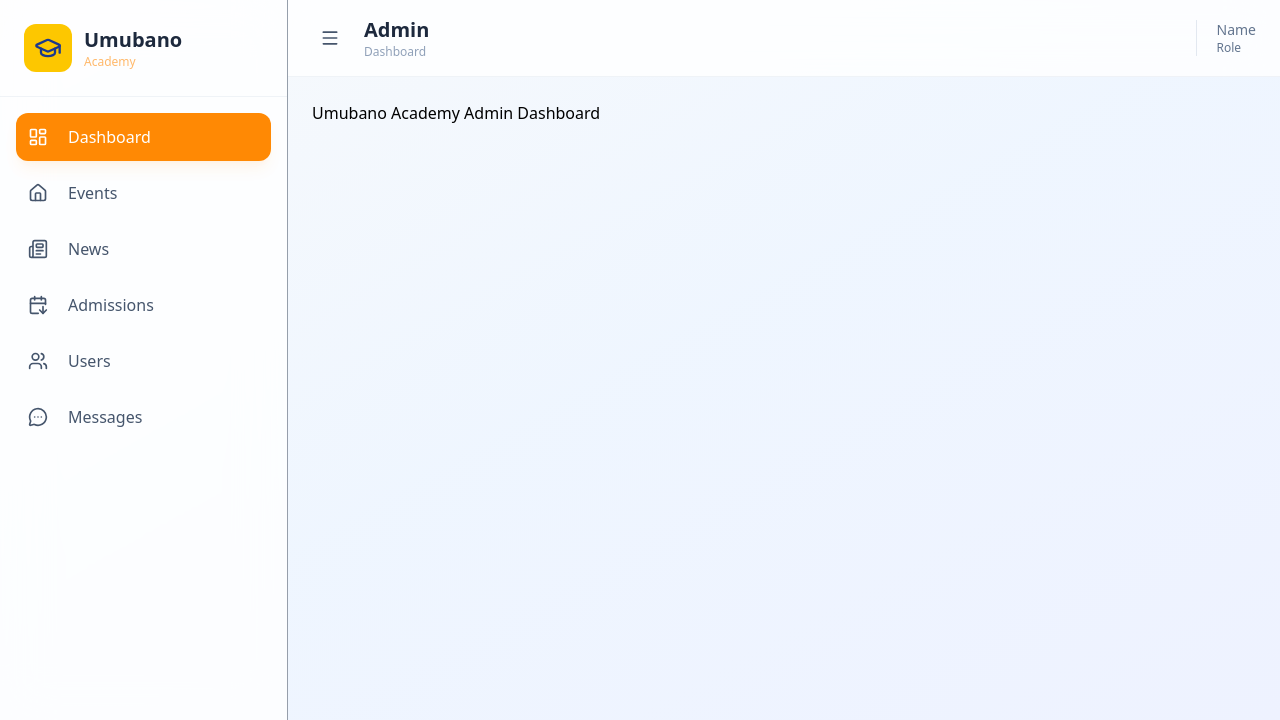
Repository: Umubano-Academy/umubano-academy-website
Page: /admin
The author's editor kept a copy of each file at every save. The page is drawn from the files as they stood at one save, then again after the next save.
The browser window is 1280 px wide. The pictures show the whole page.
The project was rebuilt for these pictures with package versions that can differ from the ones it lists, and the page was loaded fresh each time. Also part of the build but not shown: vite.config.js, src/components/guest/NavBar.jsx, src/components/guest/Hero.jsx, src/components/guest/Event.jsx, src/components/guest/News.jsx, src/components/guest/Footer.jsx, src/components/guest/Layout.jsx, src/components/guest/Contact.jsx and 9 more. Imported but missing from the stored project, and not drawn on this page: src/assets/addons/Primary-Enrolment-Handout-2025.pdf, src/assets/addons/Secondary-Enrolment-Handout-2025-2026.pdf.

Above is the page before, as saved 2026-01-20 09:44:51.

### index.html
<!doctype html>
<html lang="en">
  <head>
    <meta charset="UTF-8" />
    <!-- <link rel="icon" type="image/svg+xml" href="/vite.svg" /> -->
    <meta name="viewport" content="width=device-width, initial-scale=1.0" />
    <title>umubano-academy</title>
  </head>
  <body>
    <div id="root"></div>
    <script type="module" src="/src/main.jsx"></script>
  </body>
</html>

### src/App.jsx
import React from 'react'
import { BrowserRouter, Route, Routes } from 'react-router-dom'
import NavBar from './components/guest/NavBar'
import Hero from './components/guest/Hero'
import Event from './components/guest/Event'
import News from './components/guest/News'
import Layout from './components/guest/Layout'
import Home from './components/guest/Home'
import Admission from './components/guest/Admission'
import Academic from './components/guest/Academic'
import About from './components/guest/About'
import LayOut from './components/admin/LayOut'
import Dashboard from './components/admin/pages/Dashboard'
import Login from './components/guest/forms/Login'
import ResetPassword from './components/guest/forms/ResetPassword'
import Primary from './components/guest/primary'


function App() {
  return (
    <BrowserRouter>

    <Routes>
      <Route path='/' element={<Layout />}>
      <Route index element={<Home />} />
      <Route path='/admissions' element={<Admission />} />
      <Route path='/academic' element={<Academic />} />
      <Route path='/aboutus' element={<About />} />
      <Route path='/login' element={<Login />} />
      <Route path="/password-reset" element={<ResetPassword />} />
      <Route path='/primary' element={<Primary />} />
      </Route>

      <Route path='/admin' element={<LayOut />}>
      <Route index element={<Dashboard />} />
      </Route>
    </Routes>
    </BrowserRouter>

  )
}

export default App

### src/components/admin/LayOut.jsx
import React, { useEffect, useState } from 'react'
import SideBar from '../admin/sidebar/SideBar'
import Header from '../admin/Header/Header'
import { Outlet } from 'react-router-dom'

function LayOut() {

  const [sideBarCollapsed, setSideBarCollapsed] = useState(false);
  const [currentPage, setCurrentPage] = useState("dashboard");

  useEffect(() =>{
    const handlerResize = () =>{
      if(window.innerWidth <1024){
        setSideBarCollapsed(true);
      }else{
        setSideBarCollapsed(false);
      }
    };

    handlerResize();
    window.addEventListener("resize", handlerResize)
    return () => window.removeEventListener("resize", handlerResize);
  },  []);
  return (

    <div className=' min-h-screen bg-gradient-to-br from-slate-50 via-blue-50 to-indigo-50 dark:from-slate-900 dark:via-slate-800 dark:to-slate-900 transition-all duration-500 '>
       <div className=' flex h-screen overflow-hidden' >
      <SideBar
          collapsed={sideBarCollapsed}
          onToggle={() => setSideBarCollapsed(!sideBarCollapsed)}
          currentPage={currentPage}
          onPageChange={setCurrentPage}
        />

      <div className='flex-1 flex flex-col overflow-hidden'>
          <Header
            sideBarCollapsed={sideBarCollapsed}
            onToggleSidebar={() => setSideBarCollapsed(!sideBarCollapsed)}
          />
          <div className='flex-1 overflow-y-auto bg-transparent'>
            <div className='p-6 space-y-6'>
              <Outlet />
            </div>
          </div>
        </div>
    </div>
    </div>

  )
}

export default LayOut

### src/components/admin/pages/Dashboard.jsx
// import React from "react";
// import { stats, bookingGraphData } from "./dashboardData";
// import {
//   Users,
//   ShoppingBag,
//   BadgeDollarSign,
//   TrendingUp,
// } from "lucide-react";
// import {
//   LineChart,
//   Line,
//   XAxis,
//   YAxis,
//   CartesianGrid,
//   Tooltip,
//   ResponsiveContainer,
// } from "recharts";

// function Dashboard() {
//   return (
//     <div className="p-6 space-y-6">

//       <h1 className="text-2xl font-bold text-slate-800 dark:text-white">
//         Dashboard Overview
//       </h1>


//       <div className="grid grid-cols-1 md:grid-cols-3 gap-6">

//         {/* USERS CARD */}
//         <div className="p-6 bg-white/80 dark:bg-slate-900/80 rounded-2xl shadow-lg border border-slate-200/50 dark:border-slate-700/50">
//           <div className="flex items-center justify-between mb-3">
//             <Users className="w-8 h-8 text-orange-500" />
//             <span className="text-green-500 text-sm">{stats.users.growth}</span>
//           </div>
//           <h2 className="text-3xl font-bold dark:text-white">
//             {stats.users.thisYear}
//           </h2>
//           <p className="text-slate-500 dark:text-slate-300 text-sm mt-1">
//             Users This Year
//           </p>
//         </div>

//         {/* BOOKINGS CARD */}
//         <div className="p-6 bg-white/80 dark:bg-slate-900/80 rounded-2xl shadow-lg border border-slate-200/50 dark:border-slate-700/50">
//           <div className="flex items-center justify-between mb-3">
//             <ShoppingBag className="w-8 h-8 text-orange-500" />
//             <span className="text-green-500 text-sm">+12%</span>
//           </div>
//           <h2 className="text-3xl font-bold dark:text-white">
//             {stats.bookings.total}
//           </h2>
//           <p className="text-slate-500 dark:text-slate-300 text-sm mt-1">
//             Total Bookings
//           </p>
//         </div>

//         {/* REVENUE CARD */}
//         <div className="p-6 bg-white/80 dark:bg-slate-900/80 rounded-2xl shadow-lg border border-slate-200/50 dark:border-slate-700/50">
//           <div className="flex items-center justify-between mb-3">
//             <BadgeDollarSign className="w-8 h-8 text-orange-500" />
//             <span className="text-green-500 text-sm">{stats.revenue.growth}</span>
//           </div>
//           <h2 className="text-3xl font-bold dark:text-white">
//             {stats.revenue.thisMonth.toLocaleString()} RWF
//           </h2>
//           <p className="text-slate-500 dark:text-slate-300 text-sm mt-1">
//             Revenue This Month
//           </p>
//         </div>
//       </div>

//       {/* BOTTOM 3 SUMMARY CARDS */}
//       <div className="grid grid-cols-1 md:grid-cols-3 gap-6">

//         {/* USER BREAKDOWN */}
//         <div className="p-6 bg-white/80 dark:bg-slate-900/80 rounded-xl border border-slate-200/50 dark:border-slate-700/50">
//           <h3 className="font-semibold dark:text-white mb-3">User Summary</h3>
//           <ul className="space-y-1 text-sm text-slate-600 dark:text-slate-300">
//             <li>Today: {stats.users.today}</li>
//             <li>Yesterday: {stats.users.yesterday}</li>
//             <li>Last Week: {stats.users.lastWeek}</li>
//             <li>Last Year: {stats.users.lastYear}</li>
//           </ul>
//         </div>

//         {/* BOOKING BREAKDOWN */}
//         <div className="p-6 bg-white/80 dark:bg-slate-900/80 rounded-xl border border-slate-200/50 dark:border-slate-700/50">
//           <h3 className="font-semibold dark:text-white mb-3">Booking Summary</h3>
//           <ul className="space-y-1 text-sm text-slate-600 dark:text-slate-300">
//             <li>Today: {stats.bookings.today}</li>
//             <li>Pending: {stats.bookings.pending}</li>
//             <li>Completed: {stats.bookings.completed}</li>
//             <li>Cancelled: {stats.bookings.cancelled}</li>
//           </ul>
//         </div>

//         {/* REVENUE BREAKDOWN */}
//         <div className="p-6 bg-white/80 dark:bg-slate-900/80 rounded-xl border border-slate-200/50 dark:border-slate-700/50">
//           <h3 className="font-semibold dark:text-white mb-3">Revenue Summary</h3>
//           <ul className="space-y-1 text-sm text-slate-600 dark:text-slate-300">
//             <li>Total Revenue: {stats.revenue.total.toLocaleString()} RWF</li>
//             <li>This Month: {stats.revenue.thisMonth.toLocaleString()} RWF</li>
//             <li>Pending: {stats.revenue.pending.toLocaleString()} RWF</li>
//             <li>Last Month: {stats.revenue.lastMonth.toLocaleString()} RWF</li>
//           </ul>
//         </div>
//       </div>

//       {/* BOOKINGS CHART */}
//       <div className="p-6 bg-white/80 dark:bg-slate-900/80 border border-slate-200/50 dark:border-slate-700/50 rounded-xl shadow-md">
//         <h2 className="text-lg font-bold mb-4 dark:text-white">
//           Bookings This Week
//         </h2>

//         <ResponsiveContainer width="100%" height={300}>
//           <LineChart data={bookingGraphData}>
//             <CartesianGrid strokeDasharray="3 3" />
//             <XAxis dataKey="day" />
//             <YAxis />
//             <Tooltip />
//             <Line
//               type="monotone"
//               dataKey="bookings"
//               stroke="#f97316"
//               strokeWidth={3}
//             />
//           </LineChart>
//         </ResponsiveContainer>
//       </div>
//     </div>
//   );
// }

// export default Dashboard;




import React from 'react'

function Dashboard() {
  return (
    <div>
      Umubano Academy Admin Dashboard
    </div>
  )
}

export default Dashboard

### src/components/admin/sidebar/SideBar.jsx
import React, { useState } from "react";
import menuData from "./data/menuData";
import { Link } from "react-router-dom";
import { GraduationCap } from "lucide-react";

function SideBar({ collapsed, onToggle, currentPage, onPageChange }) {
  const [expandedItems, setExpandedItems] = useState(new Set(["dashboard"]));

  const toggleExpand = (itemId) => {
    const updated = new Set(expandedItems);
    updated.has(itemId) ? updated.delete(itemId) : updated.add(itemId);
    setExpandedItems(updated);
  };

  return (
    <div
      className={`${
        collapsed ? "w-20" : "w-72"
      } transition-all duration-300 ease-in-out bg-white/80 dark:bg-slate-900/80 backdrop-blur-xl border-r border-slate-700/50 flex flex-col relative z-10`}
    >
      {/* Header Logo */}
      <div className="p-6 border-b border-slate-200/50 dark:border-slate-700/50">
        <div className="flex items-center space-x-3">
          <div className="w-12 h-12 bg-yellow-400 text-blue-900 flex items-center justify-center rounded-xl">
            <GraduationCap size={28} />
          </div>

          {!collapsed && (
            <div>
              <h1 className="text-xl font-bold text-slate-800 dark:text-white">
                Umubano
              </h1>
              <p className="text-xs text-orange-300 dark:text-orange-400">
                Academy
              </p>
            </div>
          )}
        </div>
      </div>

      {/* Navigation Menu */}
      <nav className="flex-1 space-y-2 p-4 overflow-y-auto">
        {menuData.map((item) => (
          <div key={item.id}>
            {/* Main Menu Item */}
            <Link
              to={item.path}
              className={`w-full flex items-center justify-between p-3 rounded-xl cursor-pointer transition-all duration-200 ${
                currentPage === item.id
                  ? "bg-orange-400 text-white shadow-lg shadow-orange-200/25"
                  : "text-slate-600 dark:text-slate-300 hover:bg-slate-200 dark:hover:bg-slate-800/50"
              }`}
              onClick={() => {
                if (item.submenu) {
                  toggleExpand(item.id);
                } else {
                  onPageChange(item.id);
                }
              }}
            >
              <div className="flex items-center space-x-3">
                <item.icon className="w-5 h-5" />

                {!collapsed && (
                  <>
                    <span className="font-medium ml-2">{item.label}</span>
                    {item.count && (
                      <span className="px-2 py-1 rounded-full text-center text-xs text-slate-600 dark:text-slate-300">
                        {item.count}
                      </span>
                    )}
                  </>
                )}
              </div>

              {/* Submenu Arrow */}
              {!collapsed && item.submenu && (
                <span
                  className={`transition-transform ${
                    expandedItems.has(item.id) ? "rotate-90" : ""
                  }`}
                >
                  ▶
                </span>
              )}
            </Link>

            {/* Submenu */}
            {item.submenu && expandedItems.has(item.id) && !collapsed && (
              <div className="ml-10 mt-1 space-y-1 transition-all duration-300">
                {item.submenu.map((sub) => (
                  <Link
                    key={sub.id}
                    to={sub.path}
                    onClick={() => onPageChange(sub.id)}
                    className={`block p-2 rounded-lg text-sm ${
                      currentPage === sub.id
                        ? "bg-orange-300 text-white"
                        : "text-slate-500 dark:text-slate-400 hover:bg-slate-200 dark:hover:bg-slate-800/50"
                    }`}
                  >
                    {sub.label}
                  </Link>
                ))}
              </div>
            )}
          </div>
        ))}
      </nav>
    </div>
  );
}

export default SideBar;

### src/components/admin/Header/Header.jsx
import React, { useState, useEffect, useRef, useContext } from "react";
import { Menu, Sun, Bell, LogOut, User, Cog } from "lucide-react";

function Header({ sideBarCollapsed, onToggleSidebar }) {
  const [openDropdown, setOpenDropdown] = useState(null);
  const dropdownRef = useRef();
  const [userInfo, setUserInfo] = useState(null);
  const [currentUser,, setCurrentUser] = useState(null);
  const fetchCurrentUser = async () => {};

  useEffect(() => {
    if (!userInfo) fetchCurrentUser();
  }, []);

  // Close dropdown when clicking outside
  useEffect(() => {
    function handleClickOutside(e) {
      if (dropdownRef.current && !dropdownRef.current.contains(e.target)) {
        setOpenDropdown(null);
      }
    }
    document.addEventListener("mousedown", handleClickOutside);
    return () => document.removeEventListener("mousedown", handleClickOutside);
  }, []);

  return (
    <div className="bg-white/80 dark:bg-slate-900/80 backdrop-blur-xl border-b border-slate-200/50 dark:border-slate-700/50 px-6 py-4 relative z-40">
      <div className="flex items-center justify-between">
        {/* Left Section */}
        <div className="flex items-center space-x-4">
          <button
            className="p-2 rounded-lg text-slate-600 dark:text-slate-300 hover:bg-slate-200 dark:hover:bg-slate-700 transition-colors"
            onClick={onToggleSidebar}
          >
            <Menu className="w-5 h-5" />
          </button>
          <div className="hidden md:block">
            <p className="text-xl font-black text-slate-800 dark:text-white">
              Admin
            </p>
            <p className="text-xs font-medium text-slate-400 dark:text-slate-400">
              Dashboard
            </p>
          </div>
        </div>

        {/* Right Section */}
        <div className="flex items-center space-x-3" ref={dropdownRef}>
          {/* <button className="p-2.5 rounded-xl text-slate-600 dark:text-slate-300 hover:bg-slate-100 dark:hover:bg-slate-800 transition-colors">
            <Sun className="w-5 h-5" />
          </button> */}

          {/* User Menu */}
          <div className="relative">
            <button
              onClick={() =>
                setOpenDropdown(openDropdown === "user" ? null : "user")
              }
              className="flex items-center pl-3 border-l border-slate-200 dark:border-slate-700"
            >
              {/* Small screen: show only user icon */}
              <User className="w-5 h-5 text-slate-600 dark:text-slate-300 md:hidden" />

              {/* Medium+ screen: show name + role */}
              <div className="hidden md:flex flex-col ml-2 text-left">
                <p className="text-sm font-medium text-slate-500 dark:text-slate-400">
                  {userInfo?.first_name || "Name"}
                </p>
                <p className="text-xs text-slate-500 dark:text-slate-400">
                  {userInfo?.roles || "Role"}
                </p>
              </div>
            </button>

            {openDropdown === "user" && (
              <div className="absolute right-0 mt-2 w-48 bg-white dark:text-slate-300 dark:bg-slate-800 shadow-xl rounded-xl overflow-hidden z-[300]">
                <button
                  onClick={() => handleNavigate("/marchant/myprofile")}
                  className="flex items-center space-x-2 w-full px-4 py-2 hover:bg-slate-100 dark:hover:bg-slate-700"
                >
                  <User className="w-4 h-4" /> <span>Profile</span>
                </button>
                <button
                  onClick={() => handleNavigate("/marchant/update-profile")}
                  className="flex items-center space-x-2 w-full px-4 py-2 hover:bg-slate-100 dark:hover:bg-slate-700"
                >
                  <Cog className="w-4 h-4" /> <span>Settings</span>
                </button>
                <button
                  // onClick={() => {
                  //   logout();
                  //   setOpenDropdown(null);
                  //   navigate("/login", { replace: true });
                  // }}
                  className="flex items-center space-x-2 w-full px-4 py-2 text-red-600 hover:bg-red-100 dark:hover:bg-red-800/30"
                >
                  <LogOut className="w-4 h-4" /> <span>Logout</span>
                </button>
              </div>
            )}
          </div>
        </div>
      </div>
    </div>
  )
}

export default Header

### src/components/admin/sidebar/data/menuData.js
import {
  House,

  Users,
  CalendarArrowDown,
  LayoutDashboard,
  MessageCircleMore,
  Newspaper,
} from "lucide-react";

const menuData = [
  {
    id: "dashboard",
    title: "dashboard",
    label: "Dashboard",
    path: "/admin",
    icon: LayoutDashboard,
  },
  {
    id: "events",
    title: "eventss",
    label: "Events",
    path: "/admin/eventss",
    icon: House,
  },
  {
    id: "news",
    title: "news",
    label: "News",
    path: "/admin/news",
    icon: Newspaper,
  },
  {
    id: "admission",
    title: "admission",
    label: "Admissions",
    path: "/admin/admission",
    icon: CalendarArrowDown,
  },

  {
    id: "users",
    title: "users",
    label: "Users",
    path: "/admin/users",
    icon: Users,
  },
  {
    id: "messages",
    title: "messagess",
    label: "Messages",
    path: "/admin/messages",
    icon: MessageCircleMore,
  },
];


export default menuData;

Loaded but not shown: src/main.jsx (common file); src/index.css (common file)

After the next save:
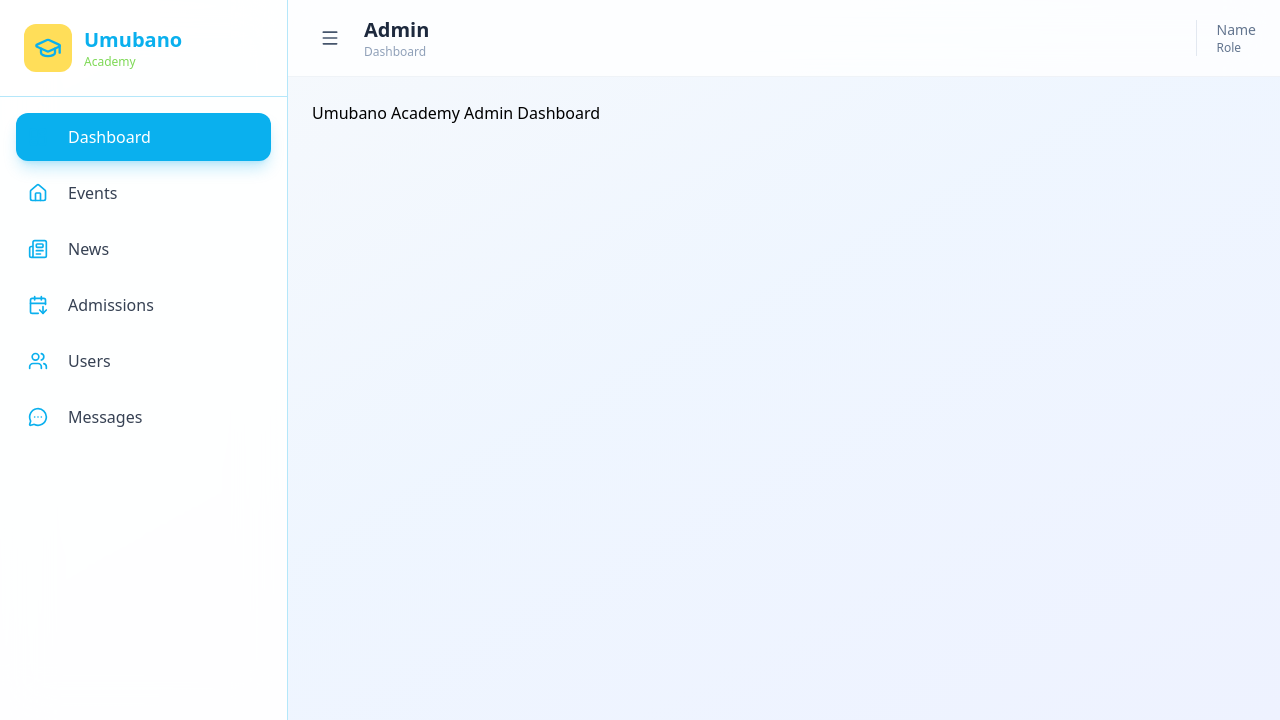
Saved 4 min 49 s later.
--- a/src/components/admin/sidebar/SideBar.jsx
+++ b/src/components/admin/sidebar/SideBar.jsx
@@ -16,23 +16,19 @@
     <div
       className={`${
         collapsed ? "w-20" : "w-72"
-      } transition-all duration-300 ease-in-out bg-white/80 dark:bg-slate-900/80 backdrop-blur-xl border-r border-slate-700/50 flex flex-col relative z-10`}
+      } transition-all duration-300 ease-in-out bg-white/90 backdrop-blur-xl border-r border-[#0AB0EE]/30 flex flex-col relative z-10`}
     >
       {/* Header Logo */}
-      <div className="p-6 border-b border-slate-200/50 dark:border-slate-700/50">
+      <div className="p-6 border-b border-[#0AB0EE]/30">
         <div className="flex items-center space-x-3">
-          <div className="w-12 h-12 bg-yellow-400 text-blue-900 flex items-center justify-center rounded-xl">
+          <div className="w-12 h-12 bg-[#FFDE59] text-[#0AB0EE] flex items-center justify-center rounded-xl">
             <GraduationCap size={28} />
           </div>
 
           {!collapsed && (
             <div>
-              <h1 className="text-xl font-bold text-slate-800 dark:text-white">
-                Umubano
-              </h1>
-              <p className="text-xs text-orange-300 dark:text-orange-400">
-                Academy
-              </p>
+              <h1 className="text-xl font-bold text-[#0AB0EE]">Umubano</h1>
+              <p className="text-xs text-[#7ED956]">Academy</p>
             </div>
           )}
         </div>
@@ -47,8 +43,8 @@
               to={item.path}
               className={`w-full flex items-center justify-between p-3 rounded-xl cursor-pointer transition-all duration-200 ${
                 currentPage === item.id
-                  ? "bg-orange-400 text-white shadow-lg shadow-orange-200/25"
-                  : "text-slate-600 dark:text-slate-300 hover:bg-slate-200 dark:hover:bg-slate-800/50"
+                  ? "bg-[#0AB0EE] text-white shadow-lg shadow-[#0AB0EE]/25"
+                  : "text-gray-700 hover:bg-[#FFDE59]/20"
               }`}
               onClick={() => {
                 if (item.submenu) {
@@ -59,13 +55,13 @@
               }}
             >
               <div className="flex items-center space-x-3">
-                <item.icon className="w-5 h-5" />
+                <item.icon className="w-5 h-5 text-[#0AB0EE]" />
 
                 {!collapsed && (
                   <>
                     <span className="font-medium ml-2">{item.label}</span>
                     {item.count && (
-                      <span className="px-2 py-1 rounded-full text-center text-xs text-slate-600 dark:text-slate-300">
+                      <span className="px-2 py-1 rounded-full text-center text-sm bg-[#7ED956]/30 text-[#0AB0EE]">
                         {item.count}
                       </span>
                     )}
@@ -76,7 +72,7 @@
               {/* Submenu Arrow */}
               {!collapsed && item.submenu && (
                 <span
-                  className={`transition-transform ${
+                  className={`transition-transform text-[#0AB0EE] ${
                     expandedItems.has(item.id) ? "rotate-90" : ""
                   }`}
                 >
@@ -95,8 +91,8 @@
                     onClick={() => onPageChange(sub.id)}
                     className={`block p-2 rounded-lg text-sm ${
                       currentPage === sub.id
-                        ? "bg-orange-300 text-white"
-                        : "text-slate-500 dark:text-slate-400 hover:bg-slate-200 dark:hover:bg-slate-800/50"
+                        ? "bg-[#7ED956] text-white"
+                        : "text-gray-600 hover:bg-[#FFDE59]/20"
                     }`}
                   >
                     {sub.label}
